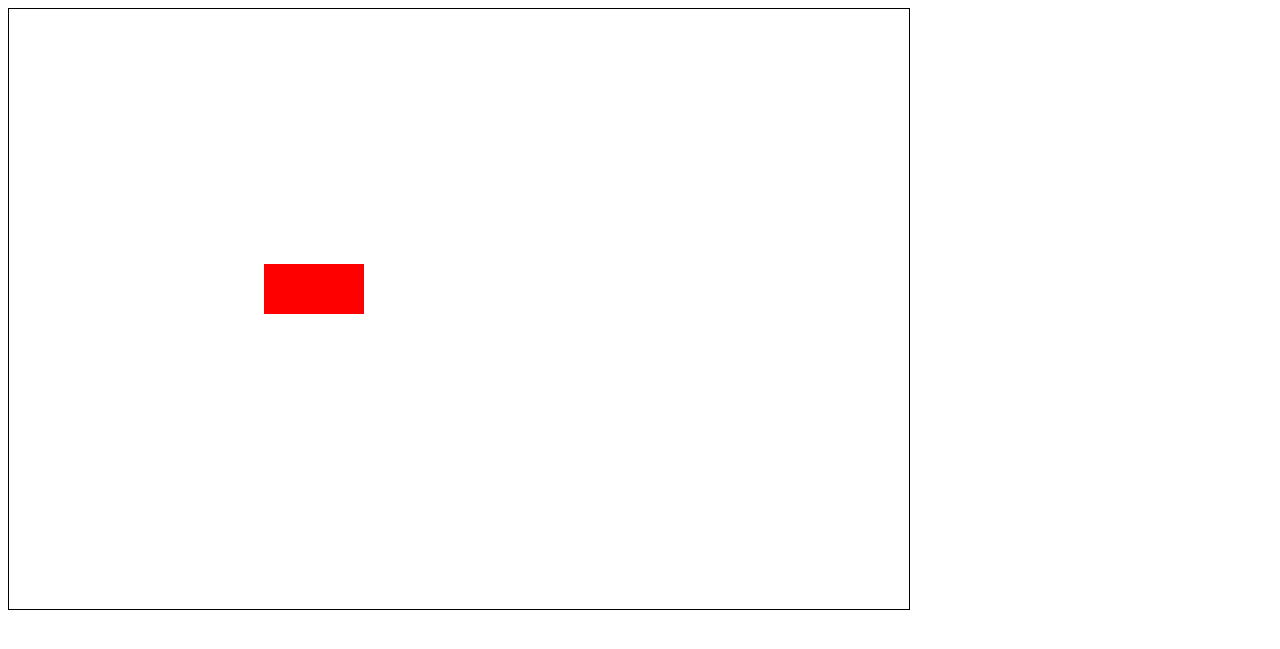
Repository: laben35/snake
Page: index.html
The author's editor kept a copy of each file at every save. The page is drawn from the files as they stood at one save, then again after the next save.
The browser window is 1280 px wide. The pictures show the whole page.

Above is the page before, as saved 2019-12-08 00:13:17.

### index.html
<!DOCTYPE html>
<html lang="en">
<head>
    <meta charset="UTF-8">
    <meta name="viewport" content="width=device-width, initial-scale=1.0">
    <meta http-equiv="X-UA-Compatible" content="ie=edge">
    <title>The snake game</title>
    <script src="script.js"></script>
</head>
<body>

</body>
</html>

### script.js
window.onload = function()
{
    var canvasWidth = 900;
    var canvasHeight = 600;
    var blockSize = 30;
    var ctx;
    var delay = 100;
    var xCoord = 0;
    var yCoord = 0;

    init();

    function init()
    {
            var canvas = document.createElement('canvas');  //Canvas élément HTML qui permet de dessiner notre page HTML
            canvas.width = canvasWidth;
            canvas.height = canvasHeight;
            canvas.style.border = "1px solid";
            document.body.appendChild(canvas);
            ctx = canvas.getContext('2d');
            refreshCanvas();
    }

    //fonction qui rafraichit le canvas
    function refreshCanvas()
    {
        xCoord += 5;
        yCoord += 5;
        ctx.clearRect(0,0,canvasWidth, canvasHeight);
        ctx.fillStyle = "#ff0000";
        ctx.fillRect(xCoord, yCoord, 100, 50);
        setTimeout(refreshCanvas, delay);
    }

    function Snake(body)
    {
        this.body = body;
        this.draw = function()
        {
            ctx.save();

        }
    }

}

After the next save:
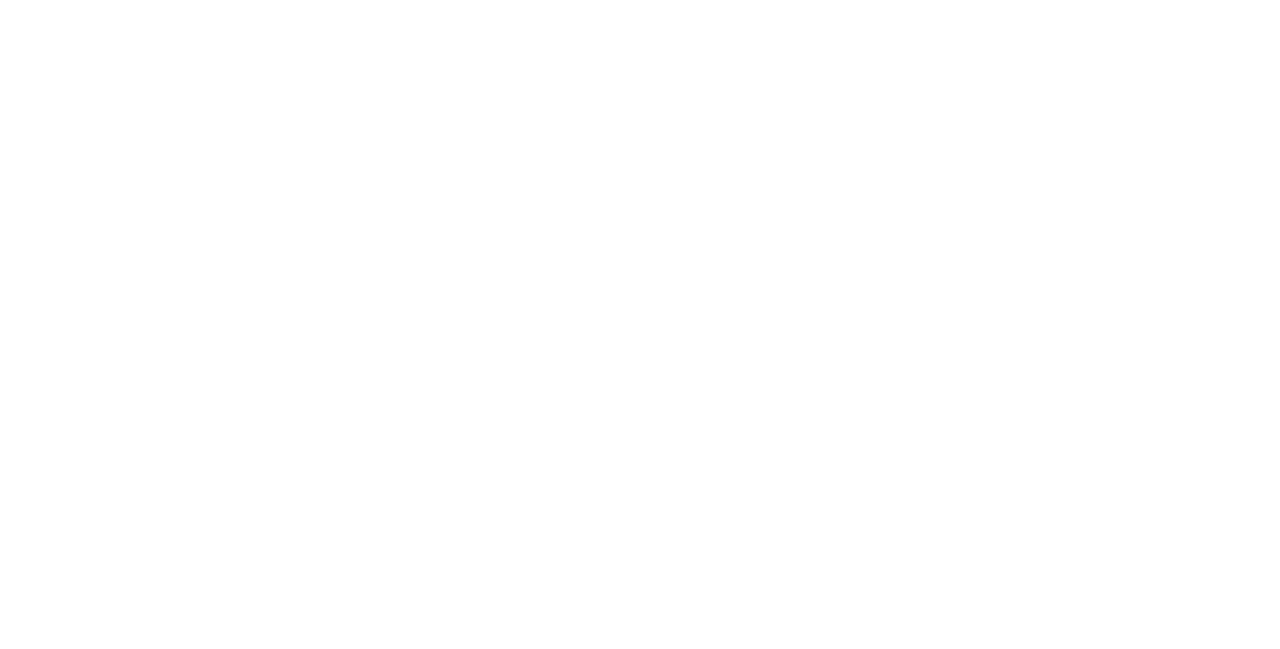
Console error: SyntaxError: Unexpected token ')'
Saved 68 s later.
--- a/script.js
+++ b/script.js
@@ -38,6 +38,9 @@
         this.draw = function()
         {
             ctx.save();
+            ctx.fillStyle = "#ff0000";
+            for();
+
 
         }
     }

After the 3 saves that followed:
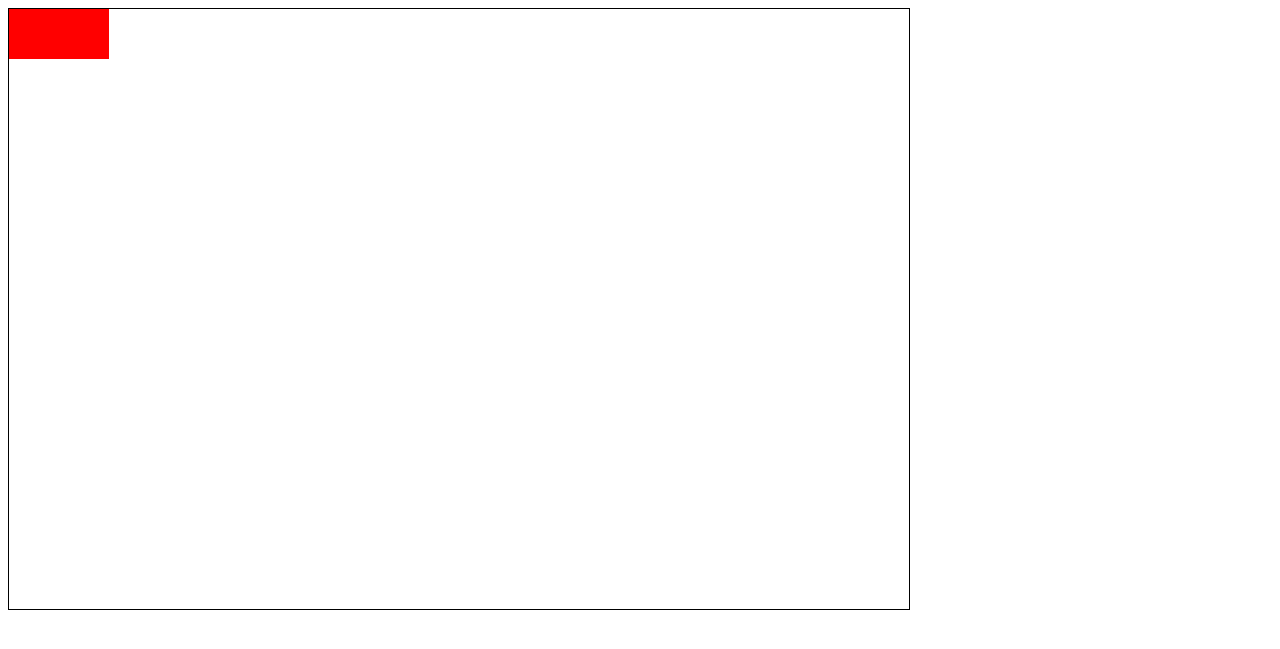
The error is gone.
The 3 saves are shown as one change because 2 left the picture as it was.
The last was saved 5 min 42 s later.
--- a/script.js
+++ b/script.js
@@ -7,6 +7,7 @@
     var delay = 100;
     var xCoord = 0;
     var yCoord = 0;
+    var snakee;
 
     init();
 
@@ -18,14 +19,14 @@
             canvas.style.border = "1px solid";
             document.body.appendChild(canvas);
             ctx = canvas.getContext('2d');
+            snakee = new Snake( [[6,4], [5,4], [4,4]])
             refreshCanvas();
     }
 
     //fonction qui rafraichit le canvas
     function refreshCanvas()
     {
-        xCoord += 5;
-        yCoord += 5;
+
         ctx.clearRect(0,0,canvasWidth, canvasHeight);
         ctx.fillStyle = "#ff0000";
         ctx.fillRect(xCoord, yCoord, 100, 50);
@@ -39,8 +40,11 @@
         {
             ctx.save();
             ctx.fillStyle = "#ff0000";
-            for();
-
+            for(var i = 0; i < this.body.length; i++);
+           {
+               drawBlock(ctx, this.body[i]);
+           }
+           ctx.restore();
 
         }
     }
